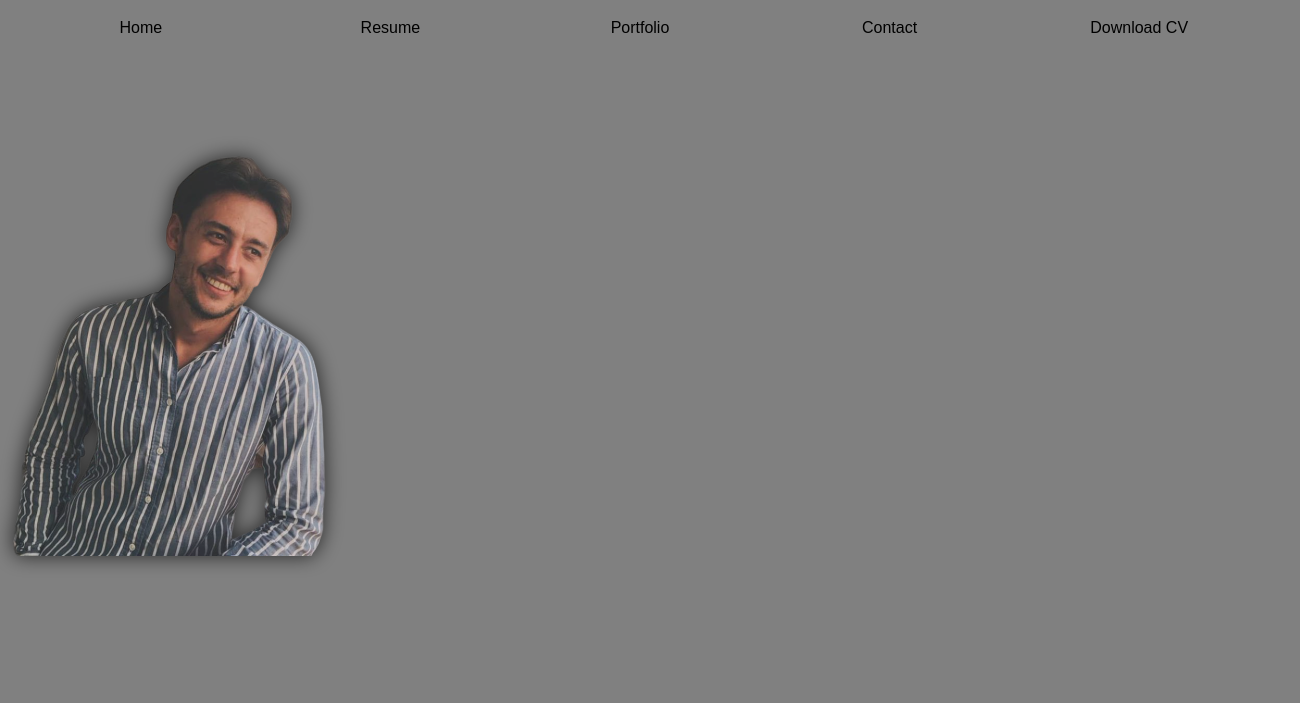
Repository: Code-Institute-Submissions/sebson1990-portfolio.sebastian
Page: index.html
The author's editor kept a record of every edit. The page is drawn from the files as they stood at one moment, then again after the next edit.
The browser window is 1280 px wide. The page is 1280 px wide, then 1300 px, so the pictures cover 1300 px, including what lies to the right of the window. The pictures show the whole page.

Above is the page before.

### index.html
<!DOCTYPE html>
<html lang="en">

<head>
    <meta charset="UTF-8">
    <meta name="viewport" content="width=device-width, initial-scale=1.0">
    <meta http-equiv="X-UA-Compatible" content="ie=edge">
    <title>Portfolio Sebastian Dzieniak</title>
    <link rel="stylesheet" href="https://stackpath.bootstrapcdn.com/bootstrap/4.3.1/css/bootstrap.min.css" type="text/css">
    <link rel="stylesheet" href="css/style.css" type="text/css" />
</head>

<body>
    <ul class="nav nav-pills nav-justified navbar">
        <li class="nav-item nav-blocks">
            <a class="nav-link menu-item" href="#">Home</a>
        </li>
        <li class="nav-item nav-blocks">
            <a class="nav-link menu-item" href="#">Resume</a>
        </li>
        <li class="nav-item nav-blocks">
            <a class="nav-link menu-item" href="#">Portfolio</a>
        </li>
        <li class="nav-item nav-blocks">
            <a class="nav-link menu-item" href="#">Contact</a>
        </li>
        <li class="nav-item nav-blocks">
            <a class="nav-link menu-item" href="#">Download CV</a>
        </li>
    </ul>

    <div>
        <img class="profilepic" src="assets/profile3.png" alt="profile picture">
    </div>
    </section>
</body>

</html>

### css/style.css
/*-------------------navbar*/

.logo {
    font-size: 35px;
    color: White;
    text-align: center;
    font-family: 'Pacifico', sans-serif;
    font-weight: 400;
    text-shadow: 2px 2px 4px #000000;
    margin: 20px;
    padding-left: 300px;
    padding-right: 300px;
    border: 2px solid black;
}

.menu-item {
    color: black;
    font-family: 'Pacifico', sans-serif;
    font-weight: 400;
    color: #000000;
}

.navbar {
    text-align: center;
}

/*-------------------------------------------body*/

body {
    background-color: grey;


}

.profilepic {
    opacity: 0.7;
    background-position: right 300px;
    background-repeat: no-repeat;
    filter: drop-shadow(0 0 10px #000);

}

After the next edit:
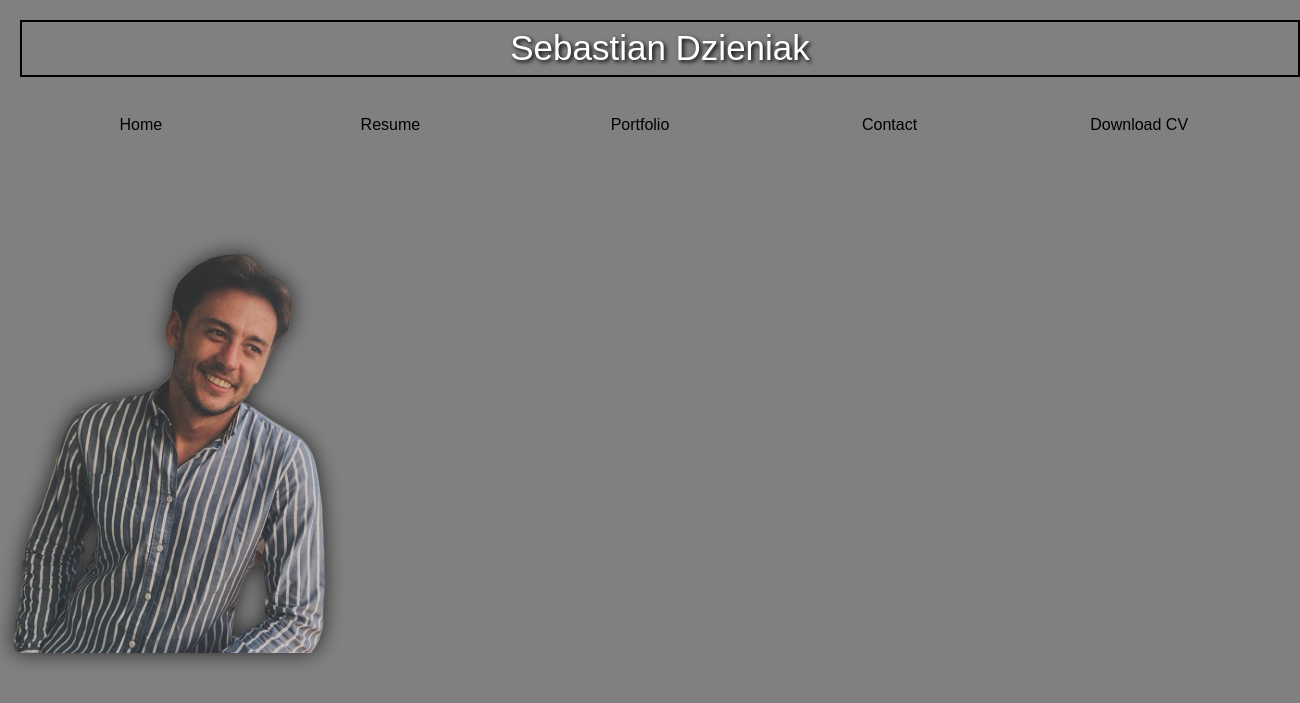
The edit:
--- a/index.html
+++ b/index.html
@@ -11,6 +11,9 @@
 </head>
 
 <body>
+    <row>
+        <div class="col-12 logo">Sebastian Dzieniak</div>
+    </row>
     <ul class="nav nav-pills nav-justified navbar">
         <li class="nav-item nav-blocks">
             <a class="nav-link menu-item" href="#">Home</a>
